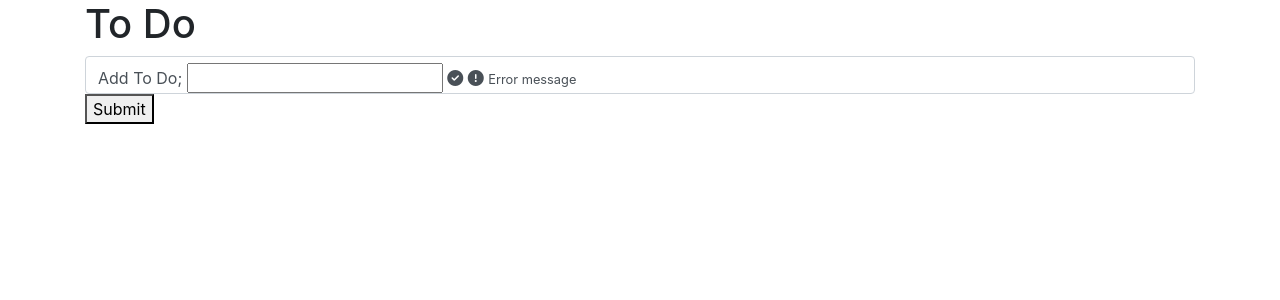
Repository: skepp4rn/todolist
Page: index.html
These files come from the project's save history. The page is drawn as it stood at one moment and after the next save; the edit follows.
The browser window is 1280 px wide. The pictures show the whole page.
The page's requests for data from a server got no answer. Some web libraries are served in a nearby version.

Above is the page before, as saved 2021-01-28 11:24:36.

### index.html
<!DOCTYPE html>
<html lang="sv">
<head>
    <meta charset="UTF-8">
    <meta name="viewport" content="width=device-width, initial-scale=1.0">

    <script src="https://kit.fontawesome.com/ef4c0722a8.js" crossorigin="anonymous"></script>
    <link rel="stylesheet" href="https://cdn.jsdelivr.net/npm/bootstrap@4.5.3/dist/css/bootstrap.min.css" integrity="sha384-TX8t27EcRE3e/ihU7zmQxVncDAy5uIKz4rEkgIXeMed4M0jlfIDPvg6uqKI2xXr2" crossorigin="anonymous">
    <link rel="stylesheet" href="css/style.css">

    <title>To Do</title>
</head>
<body>
    <div class="container">
        <div id="header">
            <h1>To Do</h1>
        </div>

        <form class="form" id="form">
            <div class="form-control">
                <label>Add To Do;</label>
                <input type="text" id="addToDo">
                <i class="fas fa-check-circle"></i>
                <i class="fas fa-exclamation-circle"></i>
                <small>Error message</small>
            </div>

            <button id="subbtn">Submit</button>
        </form>
    </div>

    <div class="container2">
        <div id="list"></div>
    </div>

    <script src="https://code.jquery.com/jquery-3.5.1.slim.min.js" integrity="sha384-DfXdz2htPH0lsSSs5nCTpuj/zy4C+OGpamoFVy38MVBnE+IbbVYUew+OrCXaRkfj" crossorigin="anonymous"></script>
    <script src="https://cdn.jsdelivr.net/npm/bootstrap@4.5.3/dist/js/bootstrap.bundle.min.js" integrity="sha384-ho+j7jyWK8fNQe+A12Hb8AhRq26LrZ/JpcUGGOn+Y7RsweNrtN/tE3MoK7ZeZDyx" crossorigin="anonymous"></script>
    <script src="https://cdnjs.cloudflare.com/ajax/libs/uuid/8.1.0/uuidv4.min.js"></script>
    <script src="script.js"></script>
</body>

### script.js
let ToDo = [];

let form = document.getElementById('form');
let addToDos = document.getElementById('addToDo');

let check = false;

let subbtn = document.getElementById('subbtn');
let list = document.querySelector('#list');

const fetchTodos = () => {
    fetch('https://jsonplaceholder.typicode.com/todos?_start20=&_limit=10')
    .then(res => res.json())
    .then(data => {
      ToDo = data;
      listelement(ToDo);
    })
}
fetchTodos();

const listelement = (ToDo) => {
    list.innerHTML = '';
    ToDo.forEach(todo => {
        list.innerHTML += newTodo(todo);
    })
    console.log(ToDo);
}

const newTodo = todo => {

    let template = todo.completed ? `
    <div id="${todo.id}" class="todoinput completed">
        <div class="todobox">
          <h3 class="title">${todo.title}</h3>
            <div class="knappar">
                <button class="fas fa-undo"></button>
                <button class="fas fa-trash"></button>
            </div>
        </div>
    </div>
    `
    : `
    <div id="${todo.id}" class="todoinput">
        <div class="todobox">
            <h3 class="title">${todo.title}</h3>
            <button class="done">Done</button>
        </div>
    </div>
    `
    return template
  }


  const createTodo = (title) => {

    fetch('https://jsonplaceholder.typicode.com/todos',{
      method: 'POST',
      headers: {
        'Content-type': 'application/json; charset=UTF-8'
      },
      body: JSON.stringify({
        title,
        completed: false
      })
    })
    .then(res => res.json())
    .then(data => {
        let _todo = {
            title: data.title,
            completed: data.completed,
            id: uuidv4()
        }
      console.log(data)
      ToDo.unshift(_todo);
      listelement(ToDo);
    })
}


form.addEventListener('submit', (e) => {
    e.preventDefault();

    checkInputs();

    if(check == true) {
        removeinput(addToDos);

        createTodo(addToDos.value)
        listelement(ToDo);

        addToDos.value = '';
    }
});

function checkInputs() {
    let addToDosValue = addToDos.value.trim();

    if(addToDosValue === ``) {
    setErrorFor(addToDos, `To Do cannot be blank`);

    } else {
        setSuccessFor(addToDos);
    }
}

function setErrorFor(input, message) {
    let formControl = input.parentElement;
    let small = formControl.querySelector('small');
    small.innerText = message;
    formControl.className = 'form-control error';
    check = false;
}

function setSuccessFor(input) {
    let formControl = input.parentElement;
    formControl.className = 'form-control success';
    check = true;
}

function removeinput(input) {
    let formControl = input.parentElement;
    formControl.className = 'form-control';
}

list.addEventListener('click', (e) => {
    if(e.target.classList.contains('done')) {
        complete(e.target.parentNode.parentNode.id)
    }
    else if(e.target.classList.contains('fa-undo')) {
        complete(e.target.parentNode.parentNode.parentNode.id)
    }
})

function complete(id) {
    ToDo.map(todo => {
        if(todo.id == id){
            todo.completed = !todo.completed
        }
        return todo
    })
    listelement(ToDo)
}







list.addEventListener('click', (e) => {

    if(e.target.classList.contains('fa-trash')) {
        ToDo = ToDo.filter(removetodo => removetodo.id != e.target.parentNode.parentNode.parentNode.id)
        listelement(ToDo)
    }
});

Loaded but not shown: css/style.css (no stored copy; drawn as an empty file)

After the next save:
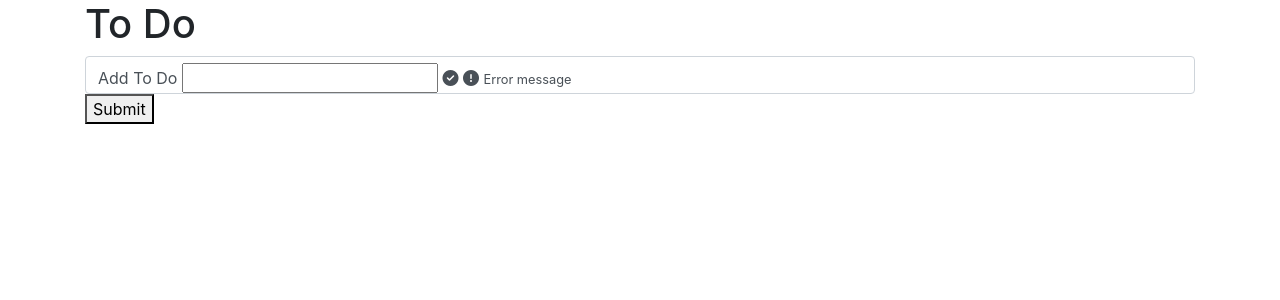
Saved 54 s later.
--- a/index.html
+++ b/index.html
@@ -18,7 +18,7 @@
 
         <form class="form" id="form">
             <div class="form-control">
-                <label>Add To Do;</label>
+                <label>Add To Do</label>
                 <input type="text" id="addToDo">
                 <i class="fas fa-check-circle"></i>
                 <i class="fas fa-exclamation-circle"></i>
